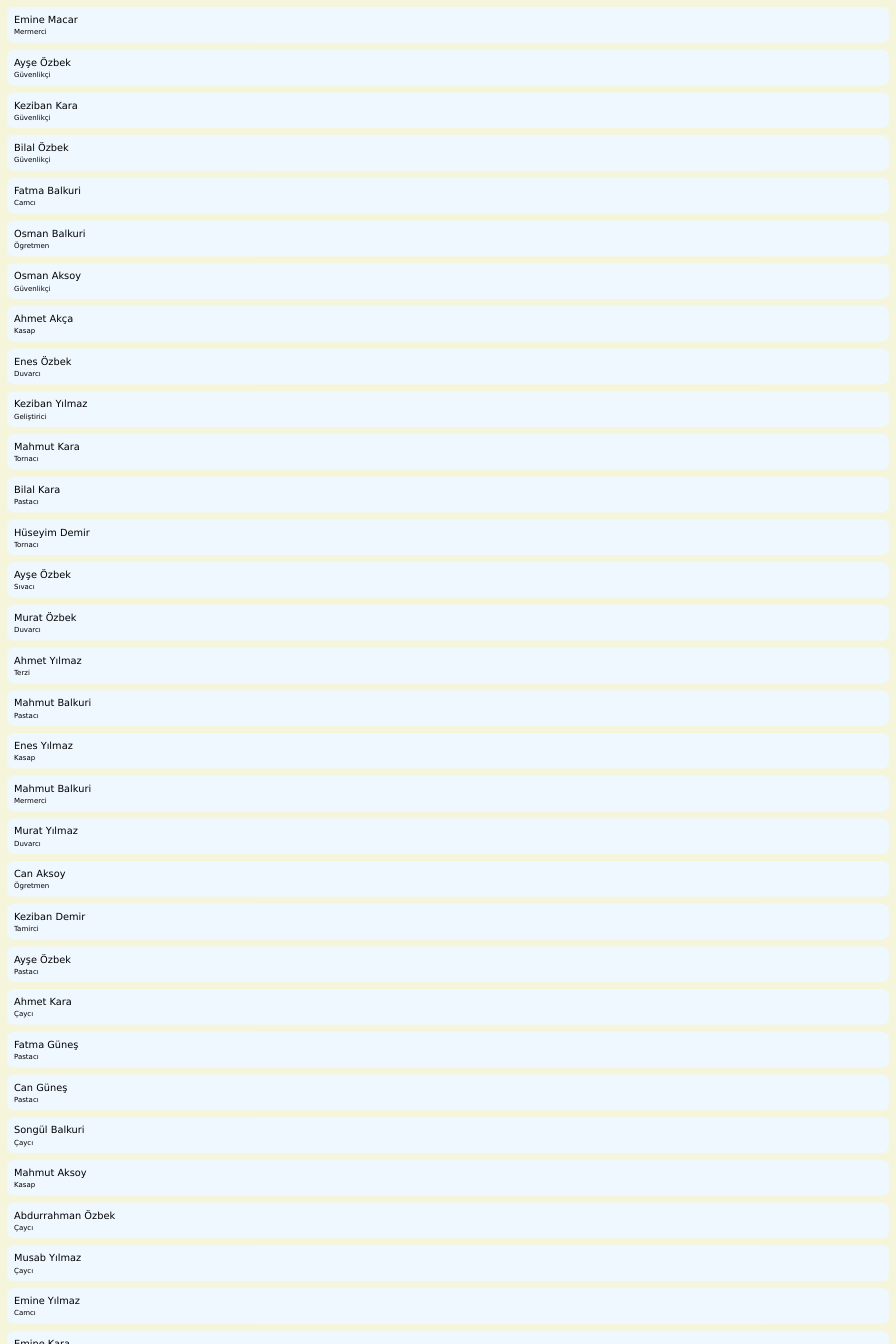
Repository: Sonvatan/S-f-rdan-geli-tirici-olmak-hafta-6
Page: İndex.html
These files come from the project's save history. The page is drawn as it stood at one moment and after the next save; the edit follows.
The browser window is 1280 px wide. The pictures show the part of the page from y = 0 to 1920 px (the page is 4758 px tall), at 70% of full size.

Above is the page before, as saved 2024-02-02 00:03:17.

After the next save:
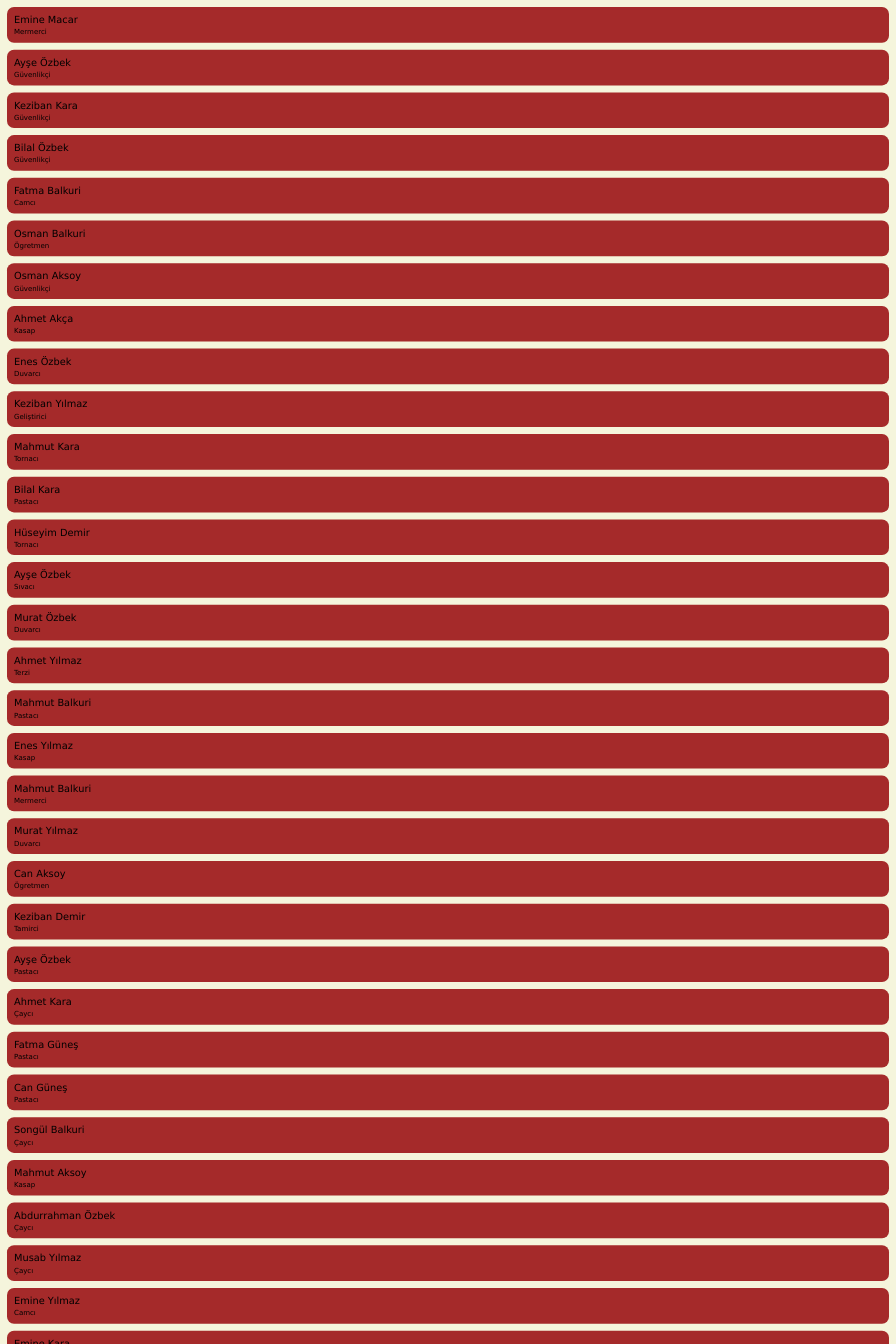
Saved 38 s later.
--- a/İndex.html
+++ b/İndex.html
@@ -13,7 +13,7 @@
                 width: 100%;
             }
             .person {
-               background-color: aliceblue;
+                background-color: brown;
                 flex-direction: column;
                 border-radius: 10px;
                 user-select: none;
